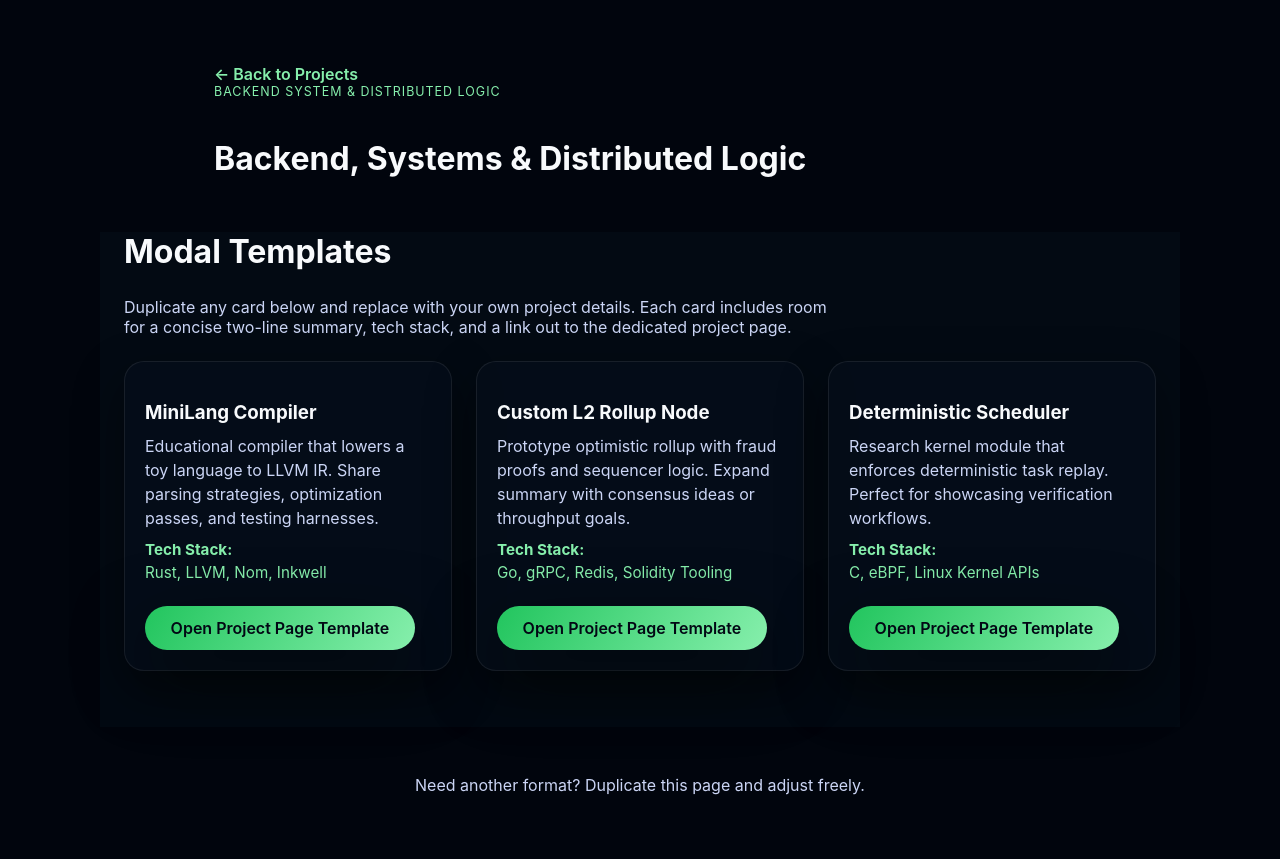
Repository: Abdulaziz-04/Abdulaziz-04.github.io
Page: projects/backend_systems.html
An editor plug-in stored every save of this project. The page is shown before and after the next save, followed by the edit.
The browser window is 1280 px wide. The pictures show the whole page.

Above is the page before, as saved 2025-11-20 17:16:28.

After the next save:
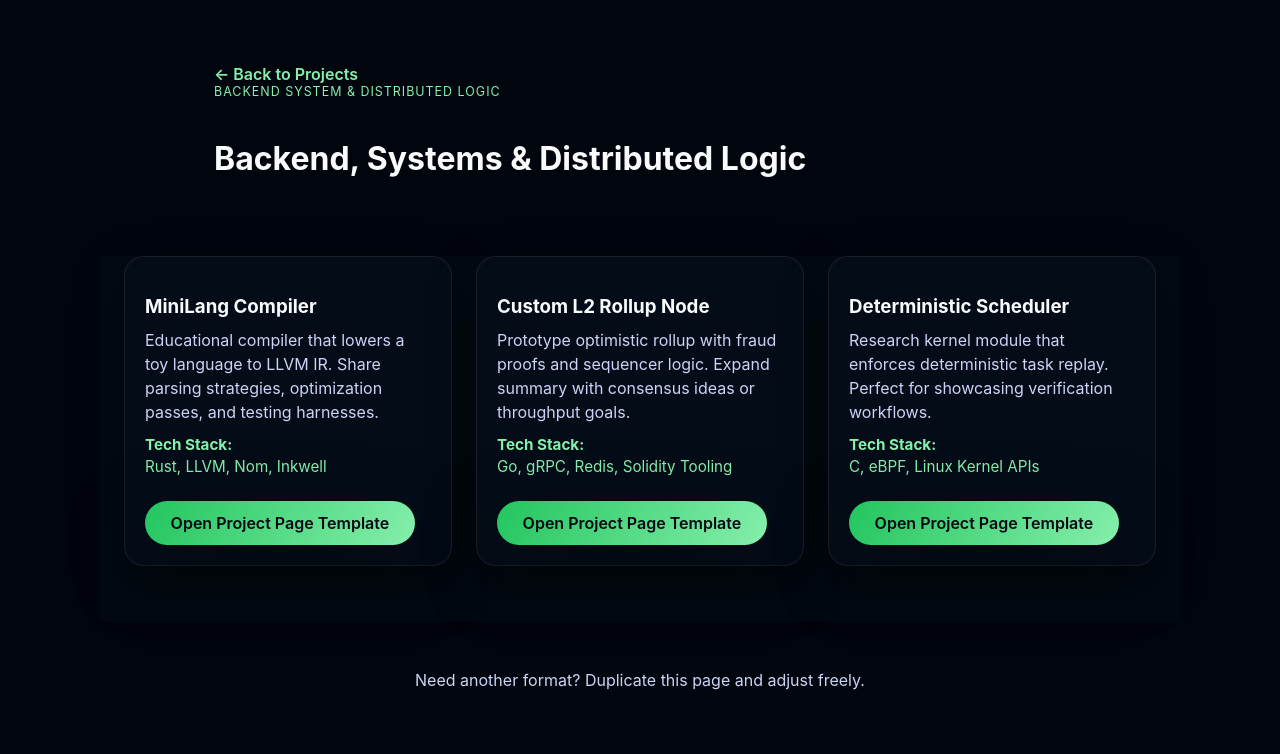
Saved 7 s later.
--- a/projects/backend_systems.html
+++ b/projects/backend_systems.html
@@ -18,12 +18,6 @@
       <h1>Backend, Systems &amp; Distributed Logic</h1>
     </header>
     <main class="section category-section">
-      <h2>Modal Templates</h2>
-      <p class="category-description">
-        Duplicate any card below and replace with your own project details. Each
-        card includes room for a concise two-line summary, tech stack, and a
-        link out to the dedicated project page.
-      </p>
       <div class="project-modal-grid">
         <article class="project-modal-card">
           <div class="project-modal__body">
